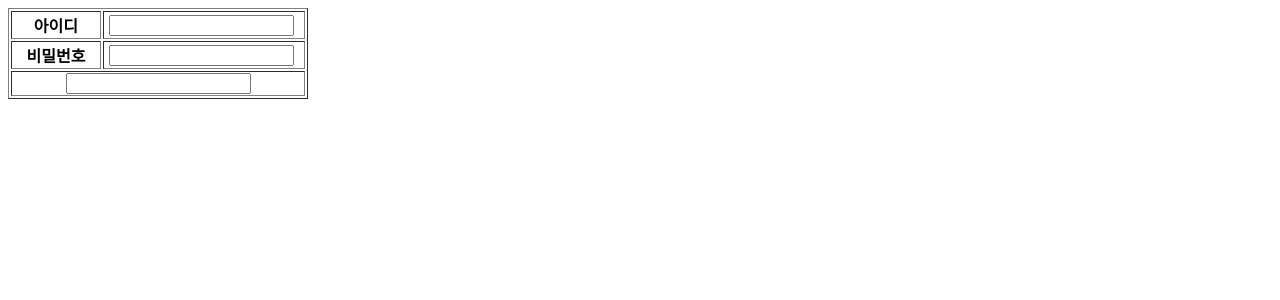
Repository: sgnq008-tech/JSP
Page: http://localhost/WebProject/Login
These files come from the project's save history. The page is drawn as it stood at one moment and after a run of saves; the edit follows.
The browser window is 1280 px wide. The pictures show the whole page.
The page is served by Tomcat 9.

Above is the page before, as saved 2026-09-09 06:11:06.

After the next 2 saves:
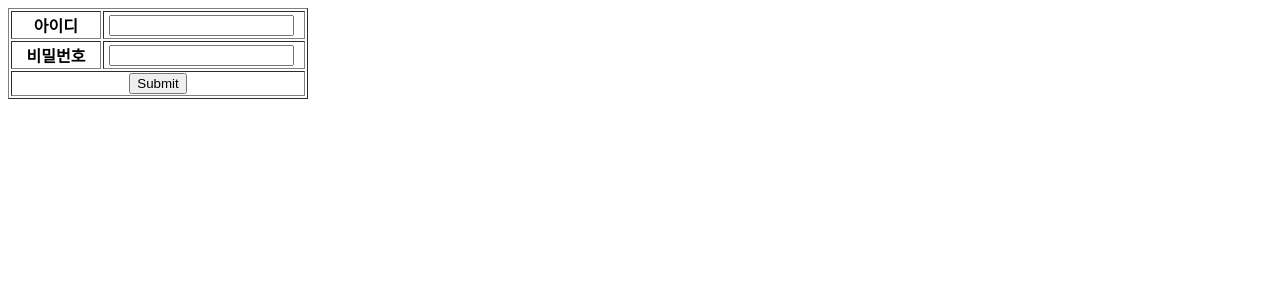
The 2 saves are shown as one change because they came seconds apart.
The last was saved 9 s later.
--- a/jsp_workspace/WebProject/src/main/java/com/login/Login.java
+++ b/jsp_workspace/WebProject/src/main/java/com/login/Login.java
@@ -78,7 +78,7 @@ public class Login extends HttpServlet {
 
 			out.println("<tr>");
 			out.println("<td align='center' colspan='2'>");
-			out.println("<input type=''>");
+			out.println("<input type='submit' >");
 			out.println("</td>");
 			out.println("</tr>");
 
